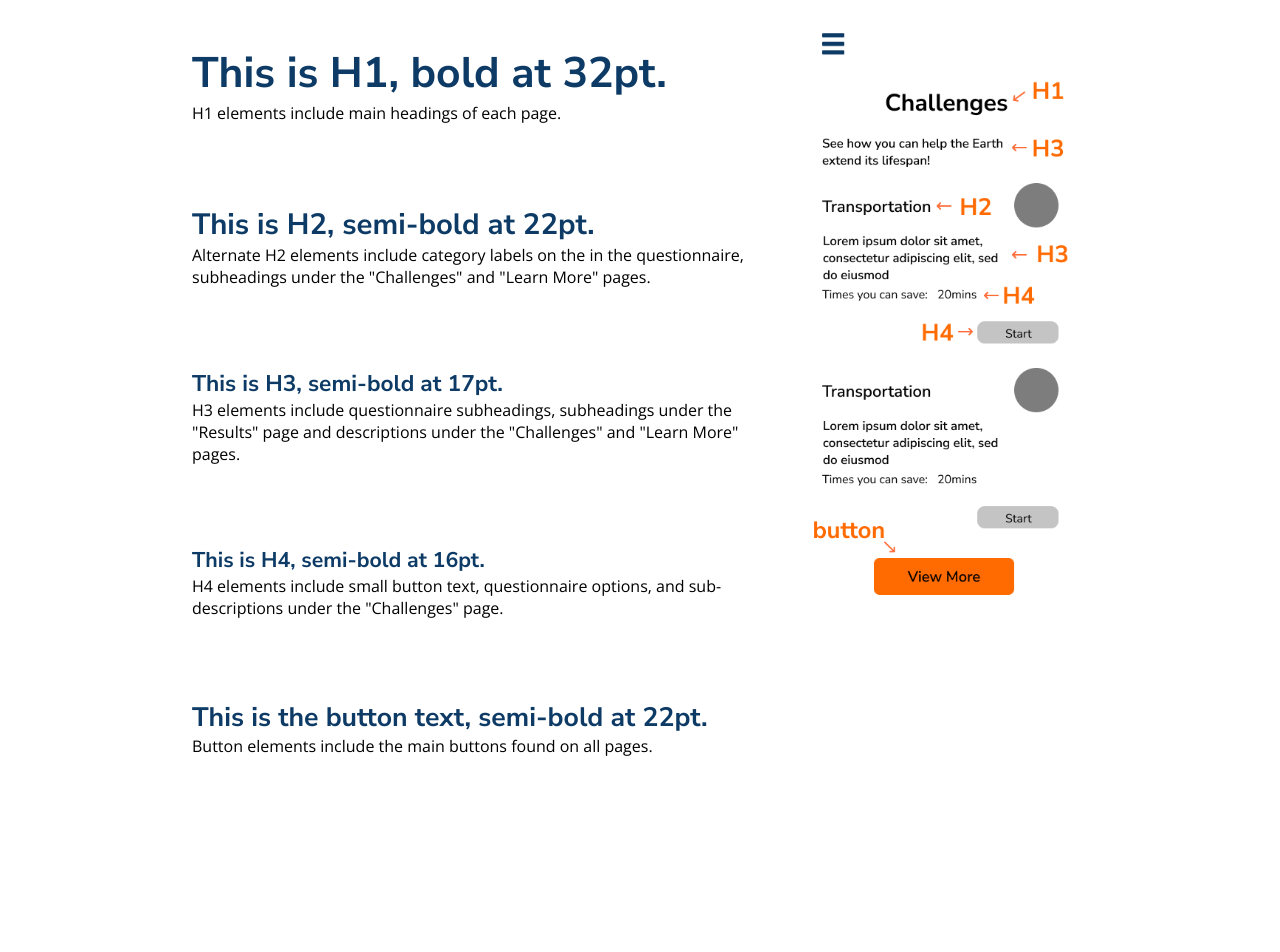
Repository: seohyun9672/Timearth-A6Styleguide
Page: page2.html
An editor plug-in stored every save of this project. The page is shown before and after the next save, followed by the edit.
The browser window is 1280 px wide. The pictures show the part of the page from y = 2526 to 3478 px (the page is 3555 px tall before and 3475 px after).
A picture or video elsewhere on the page could not be fetched, so the positions and the page height are approximate.

Above is the page before, as saved 2022-03-20 21:10:03.

### page2.html
<!DOCTYPE html>
<html lang="en">
  <head>
    <meta charset="UTF-8" />
    <meta http-equiv="X-UA-Compatible" content="IE=edge" />
    <meta name="viewport" content="width=device-width, initial-scale=1.0" />
    <title>Document</title>
    <link rel="stylesheet" href="stylesheet.css" />
  </head>

  <body>
    <ul class="navbar">
      <li><a href="/page1.html">App Name</a></li>
      <div class="navbar-active">
        <li><a href="/page1.html">Logo</a></li>
        <li><a href="/page2.html">Colour & Typography</a></li>
        <li><a href="/page3.html">Imagery & Graphics</a></li>
        <li><a href="/ref.html">Reference</a></li>
      </div>
    </ul>
    <section class="color-palette page2">
      <h1>Color Palette</h1>
      <img class="palette" src="/img/colourpalette/palette.png" />
      <div>
        <h2>Description of colour palette</h2>
        <p>
          Lorem ipsum dolor sit amet, consectetur adipisicing elit. Culpa neque
          mollitia quae asperiores ad odit vitae iste minima totam harum
          distinctio qui beatae ea ut et adipisci, excepturi at iusto
          reprehenderit reiciendis fugit fuga nisi. Eligendi ut magni adipisci
          nulla architecto reprehenderit? Nemo eos accusamus optio nobis
          distinctio veritatis eius.
        </p>
      </div>
      <div></div>
      <div class="col-2">
        <div class="col">
          <img src="https://placekitten.com/200/600" />
        </div>
        <div class="col">Lorem ipsum dolor sit amet consectetur adipisicing elit. Corrupti laudantium illo iure alias recusandae accusamus reiciendis consequatur aliquid sint veritatis modi dolores, eveniet porro tempore similique aspernatur. Quas, hic quo sed necessitatibus illum suscipit molestiae consequuntur sit provident nobis ullam repellat obcaecati ipsa quos in cumque mollitia eius ratione facilis ut libero laboriosam tempora eum sint! Nisi sapiente veritatis ad iure esse magni reprehenderit odio non perferendis, sed recusandae beatae corporis quasi ipsam assumenda unde!</div>
      </div>
      <h2>Buttons and Menus</h2>
      <div class="col-3">
        <div class="col">
          <img src="https://placekitten.com/300/200" />
          <p>
            Lorem ipsum dolor sit amet consectetur adipisicing elit. Fugit
            architecto laborum quam, unde laboriosam delectus aut facere rem
            magnam eum repellendus accusantium? Ipsum, quas iusto.
          </p>
        </div>
        <div class="col">
          <img src="https://placekitten.com/300/200" />
          <p>
            Lorem ipsum dolor sit amet, consectetur adipisicing elit. Eveniet
            laborum quisquam excepturi officiis obcaecati? Voluptatibus dolores
            laborum cupiditate quia illum explicabo quae nam dicta provident!
          </p>
        </div>
        <div class="col">
          <img src="https://placekitten.com/300/200" />
          <p>
            Lorem ipsum dolor sit amet consectetur adipisicing elit. Nemo
            consectetur veniam reprehenderit dolorem necessitatibus, repellat,
            perferendis quaerat suscipit magni alias in consequuntur nam
            repellendus commodi.
          </p>
        </div>
      </div>
    </section>
    <section class="typo page2">
      <h1>Typography</h1>
      <p class="nunito-capt">
        -OurAppName- uses <em>Nunito Sans</em> as the typeface throughout the
        app. Nunito Sans is described as a "well-balanced" sans-serif font that includes a full set of weights, ranging from Extra Light to Black. All text throughout the app is in the color "Indigo Dye", #0D3B66.
      </p>
      <div class="col-2-font">
        <div class="col nunito example">
            <div class="n nh1">This is H1, bold at 32pt.</div>
            <p class="desc">H1 elements include main headings of each page.</p>
            <div class="n nh2">This is H2, semi-bold at 22pt.</div>
            <p class="desc">Alternate H2 elements include category labels on the in the questionnaire, subheadings under the "Challenges" and "Learn More" pages.</p>
            <div class="n nh3">This is H3, semi-bold at 17pt.</div>
            <p class="desc">H3 elements include questionnaire subheadings, subheadings under the "Results" page and descriptions under the "Challenges" and "Learn More" pages. </p>
            <div class="n nh4">This is H4, semi-bold at 16pt.</div>
            <p class="desc">H4 elements include small button text, questionnaire options, and sub-descriptions under the "Challenges" page. </p>
            <div class="n nbtn">This is the button text, semi-bold at 22pt.</div>
            <p class="desc">Button elements include the main buttons found on all pages. </p>
        </div>
        <div class="col">
          <img class="challenges" src="/img/challenges.png" alt="challenges page">
        </div>
      </div>
    </section>
  </body>
</html>

### stylesheet.css
/* import fonts */
@import url('https://fonts.googleapis.com/css2?family=Nunito+Sans:ital,wght@0,200;0,300;0,400;0,600;0,700;0,800;0,900;1,200;1,300;1,400;1,600;1,700;1,800;1,900&family=Open+Sans:ital,wght@0,300;0,400;0,500;0,600;0,700;0,800;1,300;1,400;1,500;1,600;1,700;1,800&display=swap');

body{
    margin: 0;
    font-family: 'open sans', san-serif;
  }

/* NAVBAR */

ul {
  list-style-type: none;
  margin: 0;
  padding: 0;
  overflow: hidden;
  background-color: #333;
}

li {
  float: left;
}

li a {
  display: block;
  color: white;
  text-align: center;
  padding: 14px 16px;
  text-decoration: none;
}

li a:hover {
  background-color: #111;
}

.navbar-active{
    float: right;
}

/* LOGO */

.section-logo {
    display: flex;
    flex-direction: column;
    justify-content: flex-start;
    align-items: center;
}

.logo-description {
    display: flex;
}
.logo-variation {
    display: flex;
    justify-content: space-evenly;
}

.logo-colourpalette {
    display: flex;
    width: 100%;
    justify-content: space-between;
}

.section-cont {
    width: 940px;
}
.colour-cont {
    display: flex;
    flex-direction: column;
}
.colour-name {
    font-weight: bold;
}

.logo-typography {
    display: flex;
}

.logo-usage {
    display: flex;
    flex-direction: column;
}

.logo-usage-desc {
    display: flex;
}

.section-cont colour {
    display: flex;
}

/* page 2 */

.page2 {
    margin:12em;
}
.col-3 {
    display:grid;
    grid-template-columns: 1fr 1fr 1fr;
    grid-gap:2em;
}
.col-2 {
    display:grid;
    grid-template-columns: 1fr 2fr;
    grid-gap:2em;
}
.col-2-font {
    display:grid;
    grid-template-columns: 2fr 1fr;
    grid-gap:2em;
}
.nunito {
    font-family: 'nunito sans', Arial, Helvetica, sans-serif;
}
.nh1 {
    font-weight: bold;
    font-size:32pt;
}
.nh2 {
    font-size:22pt;
    font-weight:bolder;
}
.nh3 {
    font-size:17pt;
    font-weight:bolder;
}
.nh4 {
    font-size:16pt;
    font-weight:bolder;
}
.nbtn {
    font-size:20pt;
    font-weight:bolder;
}
.desc {
    margin-top:0;
    margin-bottom: 5em;
    font-family: 'open sans', sans-serif;
}
.challenges {
    width:100%;
}
.example {
    padding-top: 3em;
}
.palette {
    width:100%;
}
.n {
    color: #0D3B66;
}

After the next save:
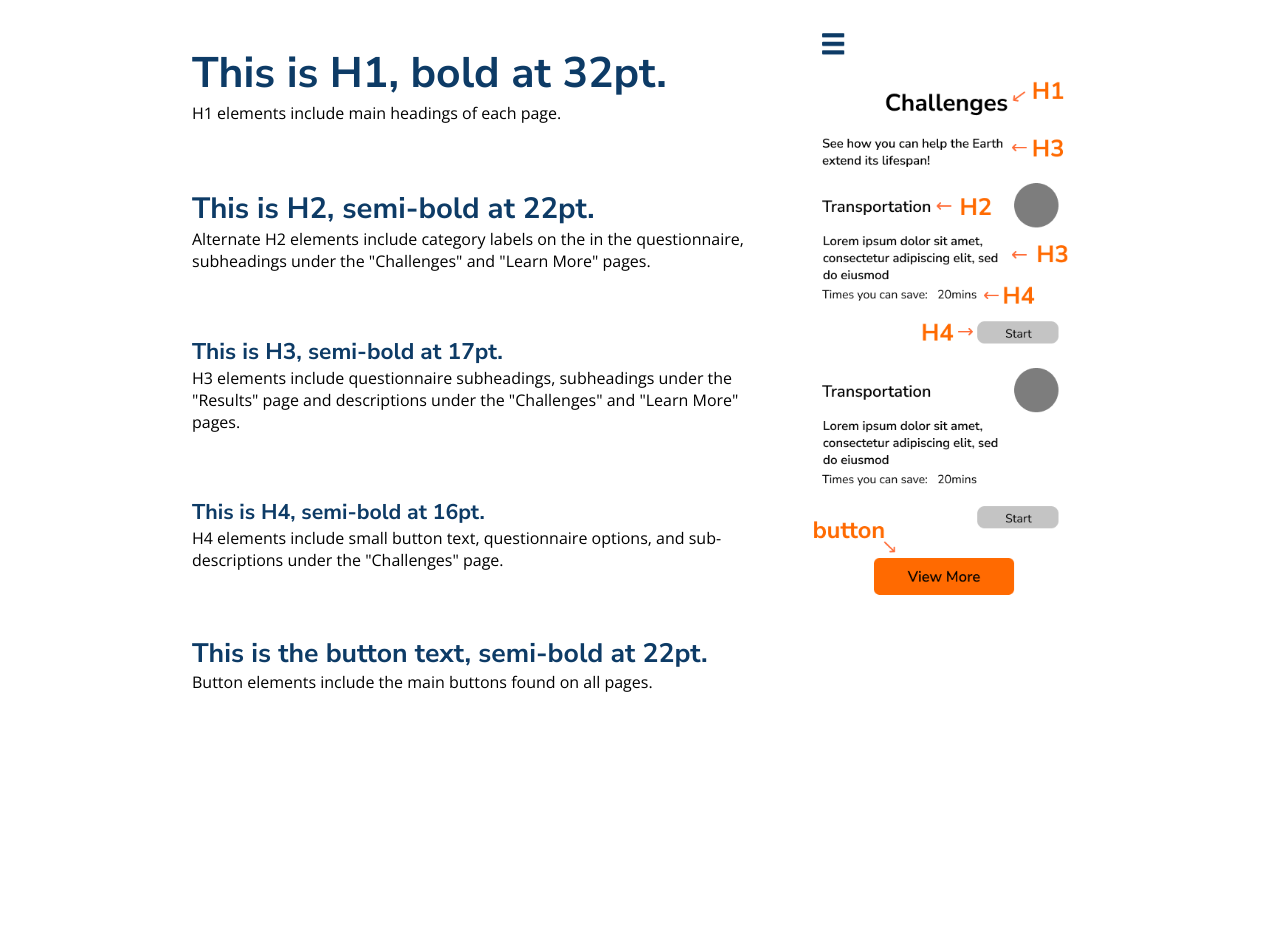
Saved 8 s later.
--- a/stylesheet.css
+++ b/stylesheet.css
@@ -132,7 +132,7 @@ li a:hover {
 }
 .desc {
     margin-top:0;
-    margin-bottom: 5em;
+    margin-bottom: 4em;
     font-family: 'open sans', sans-serif;
 }
 .challenges {
